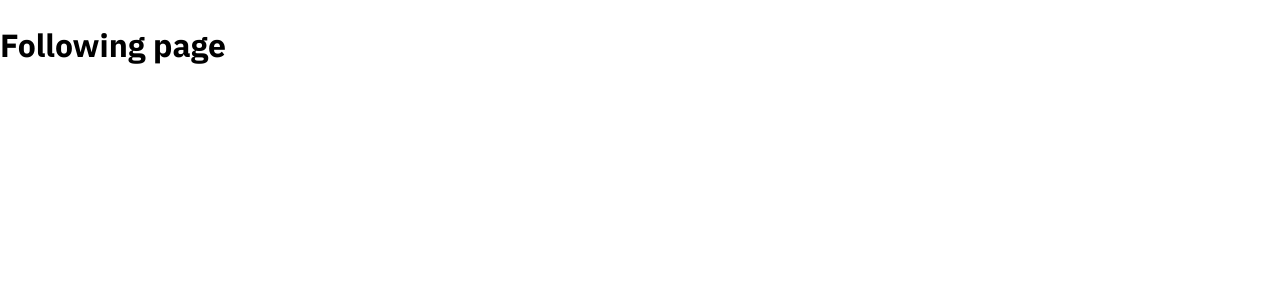
Repository: hmquandec05/tiktok-clone
Page: /following
These files come from the project's save history. The page is drawn as it stood at one moment and after the next save; the edit follows.
The browser window is 1280 px wide. The pictures show the whole page.
The project was rebuilt for these pictures with package versions that can differ from the ones it lists, and the page was loaded fresh each time. Also part of the build but not shown: src/pages/Home/index.js.

Above is the page before, as saved 2025-02-25 04:27:25.

After the next save:
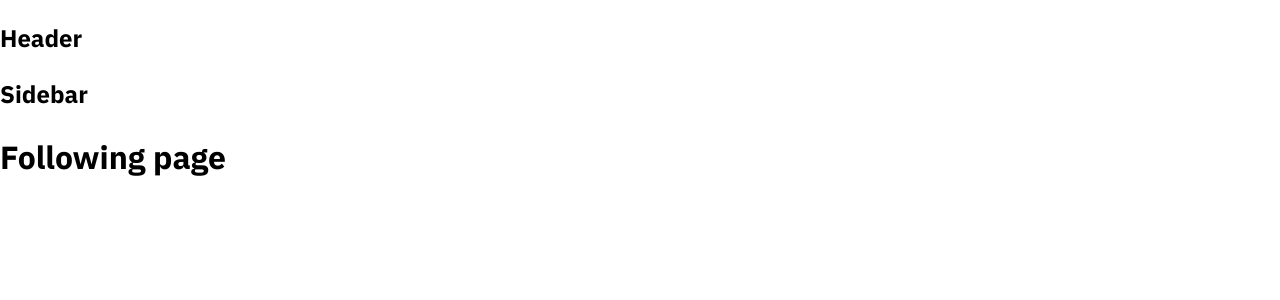
Saved 70 s later.
--- a/src/App.js
+++ b/src/App.js
@@ -8,8 +8,19 @@ function App() {
       <div className="App">
         <Routes>
           {publicRoutes.map((route, index) => {
+            const Layout = route.layout || DefaultLayout;
             const Page = route.component;
-            return <Route key={index} path={route.path} element={<Page />} />;
+            return (
+              <Route
+                key={index}
+                path={route.path}
+                element={
+                  <Layout>
+                    <Page />
+                  </Layout>
+                }
+              />
+            );
           })}
         </Routes>
       </div>
